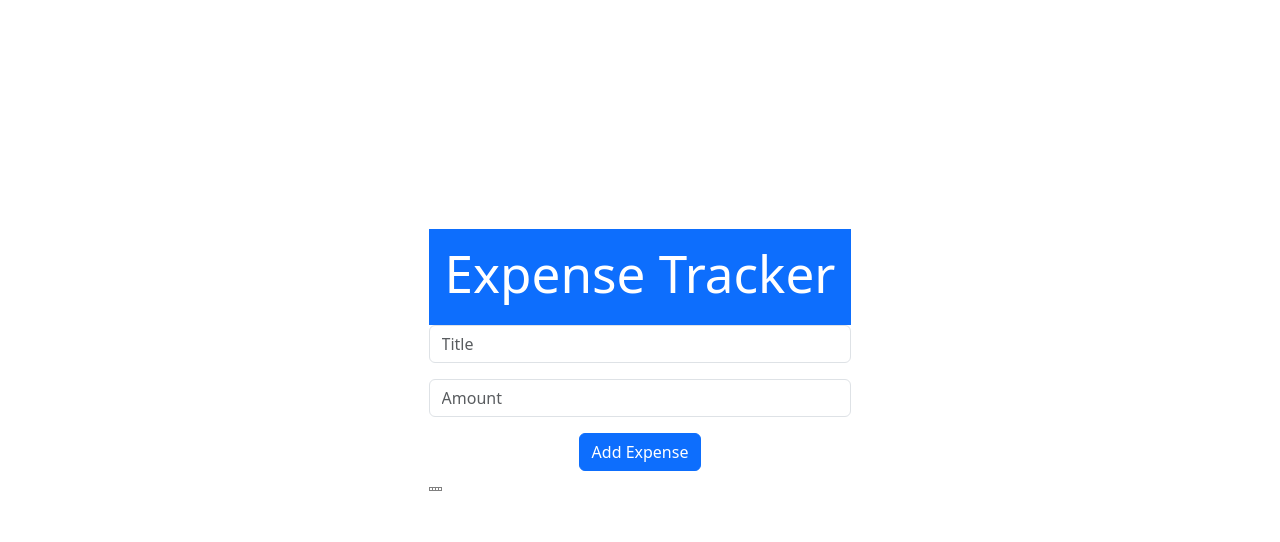
Repository: JuniorDevChris/ExpenseTracker
Page: / (app in frontend/)
The author's editor kept a copy of each file at every save. The page is drawn from the files as they stood at one save, then again after a run of saves.
The browser window is 1280 px wide. The pictures show the whole page.
The project was rebuilt for these pictures with package versions that can differ from the ones it lists, and the page was loaded fresh each time. Also part of the build but not shown: frontend/vite.config.js.

Above is the page before, as saved 2024-07-07 16:55:46.

After the next 2 saves:
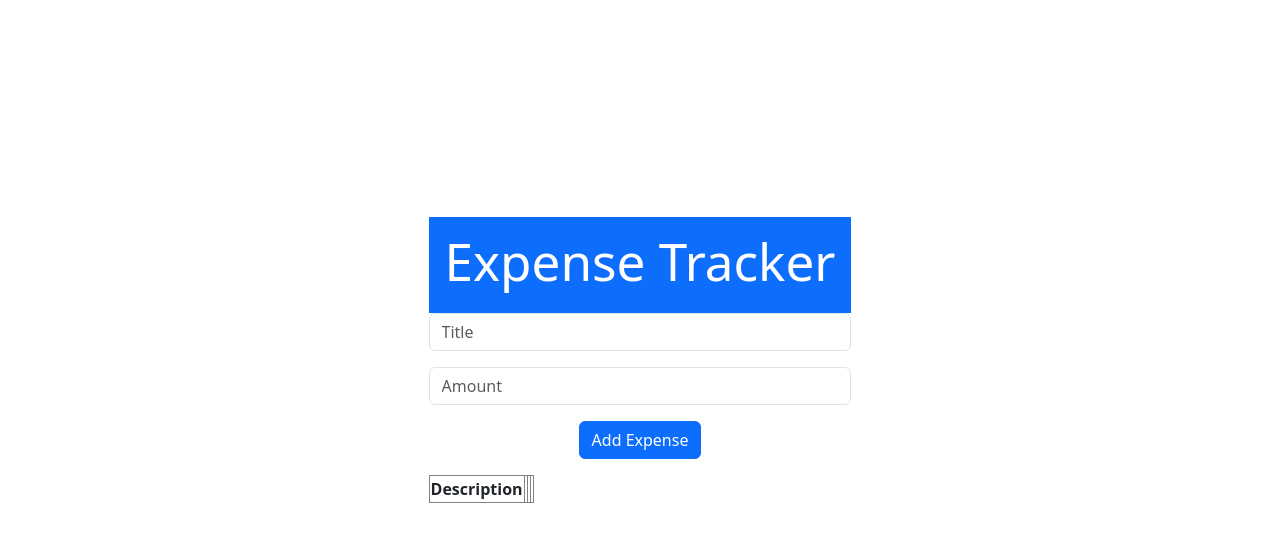
The 2 saves are shown as one change because they came seconds apart.
The last was saved 5 s later.
--- a/frontend/src/components/ExpenseList.jsx
+++ b/frontend/src/components/ExpenseList.jsx
@@ -5,7 +5,7 @@ const ExpenseList = ({ expenses }) => {
     <table className="table-bordered">
         <thead>
             <tr>
-                <th></th>
+                <th>Description</th>
                 <th></th>
                 <th></th>
                 <th></th>
